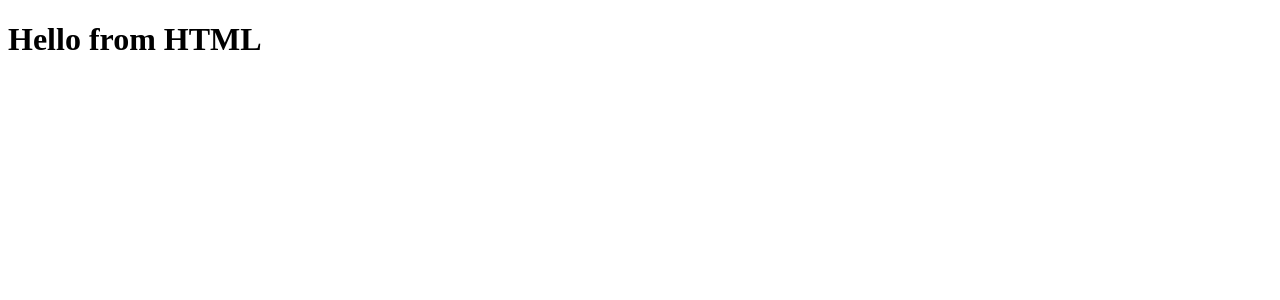
Repository: kotta0/PaymentJson
Page: PaymentMessageWebServiceGK/WebContent/HelloWorldhtml.html
An editor plug-in stored every save of this project. The page is shown before and after the next save, followed by the edit.
The browser window is 1280 px wide. The pictures show the whole page.

Above is the page before, as saved 2017-06-20 08:11:50.

### PaymentMessageWebServiceGK/WebContent/HelloWorldhtml.html
<!DOCTYPE html>
<html>
<head>
<meta charset="UTF-8">
<title>Hello Page</title>
</head>
<body>
	<h1>Hello from HTML</h1>
</body>
</html>

After the next save:
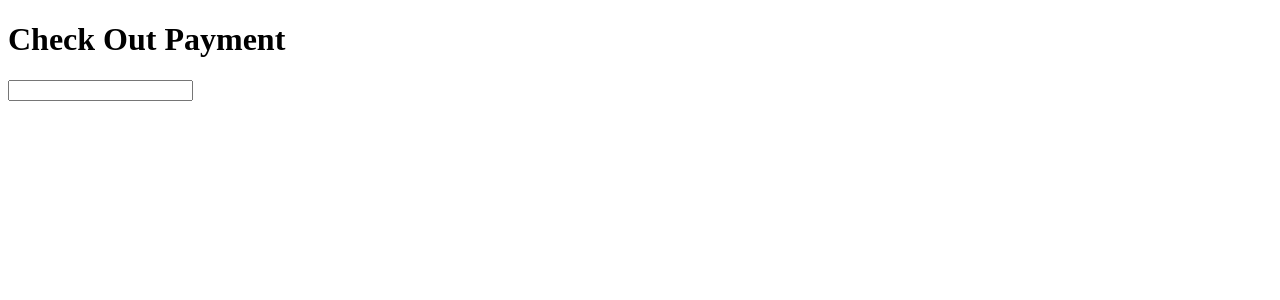
Saved 2 min 10 s later.
--- a/PaymentMessageWebServiceGK/WebContent/HelloWorldhtml.html
+++ b/PaymentMessageWebServiceGK/WebContent/HelloWorldhtml.html
@@ -5,6 +5,10 @@
 <title>Hello Page</title>
 </head>
 <body>
-	<h1>Hello from HTML</h1>
+	<h1>Check Out Payment</h1>
+	<form>
+	<input type="text" name="amount">
+	</input>
+	</form>
 </body>
 </html>
